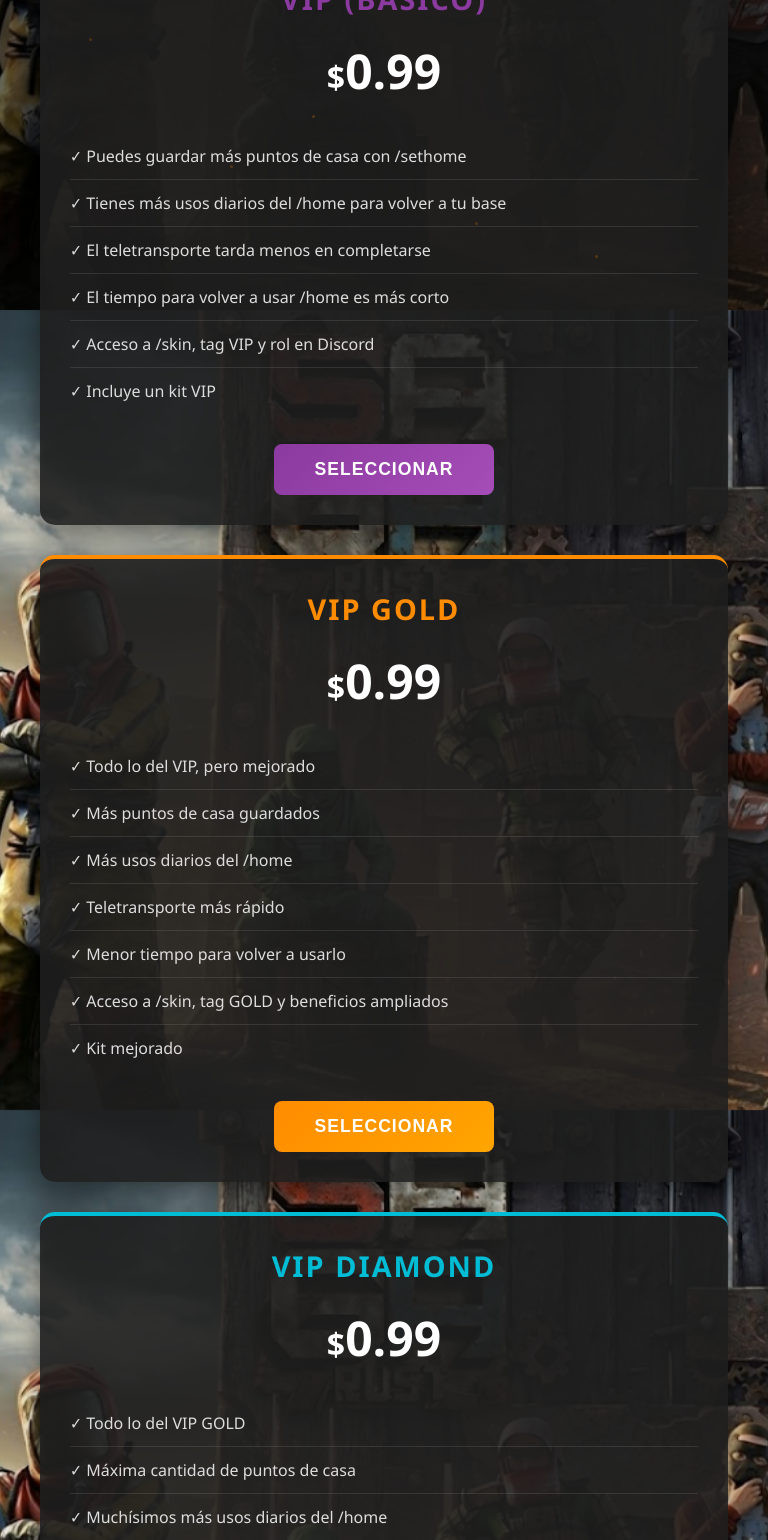
Repository: KeviNozh/Saga
Page: index.html
The author's editor kept a copy of each file at every save. The page is drawn from the files as they stood at one save, then again after a run of saves.
The browser window is 768 px wide. The pictures show the part of the page from y = 490 to 2030 px (the page is 2674 px tall before and 2369 px after).
Pictures or frames that could not be fetched are drawn as grey boxes. A picture or video elsewhere on the page could not be fetched, so the positions and the page height are approximate. Backgrounds fixed to the window are drawn as part of the page.

Above is the page before, as saved 2025-11-23 02:47:25.

After the next 2 saves:
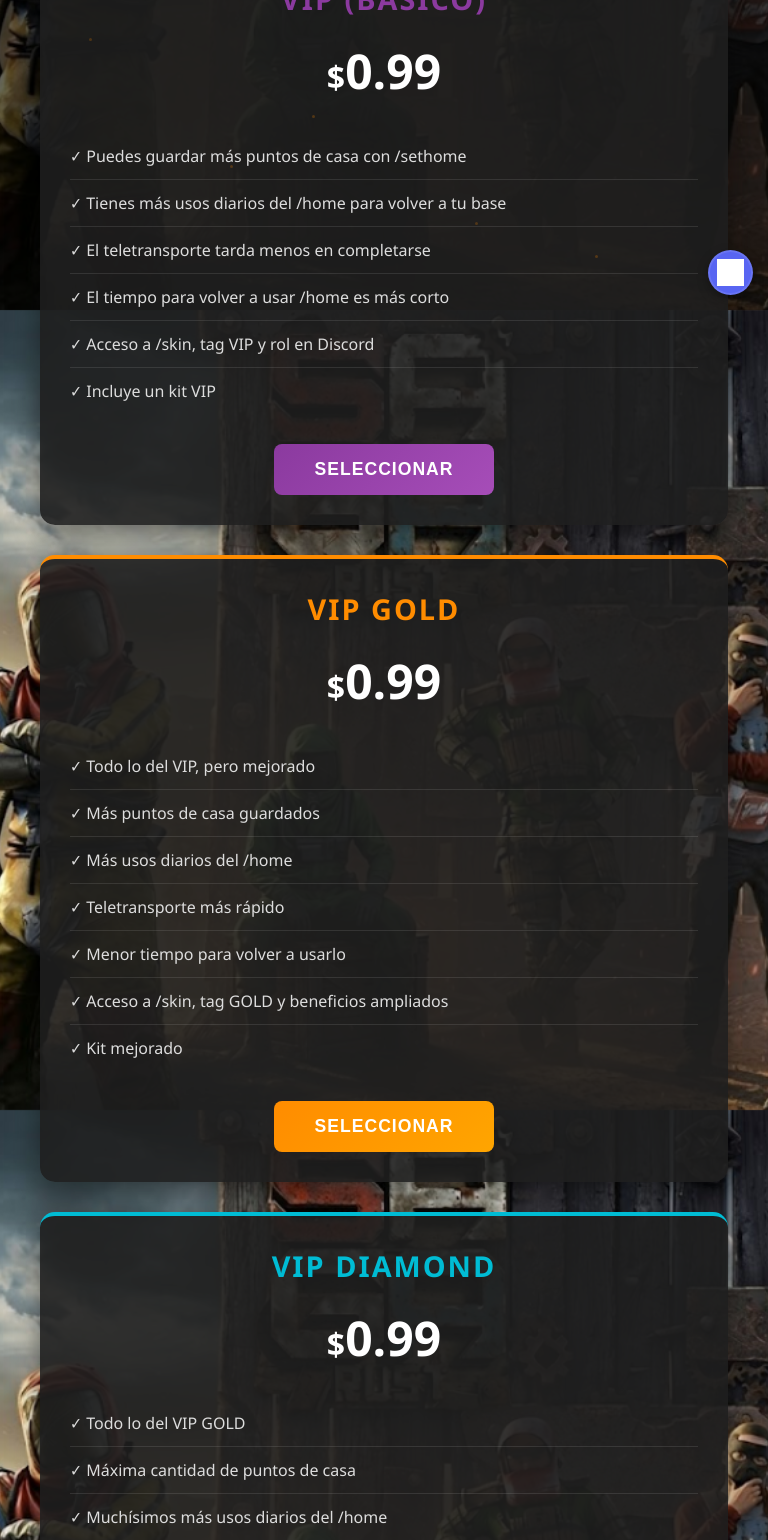
The 2 saves are shown as one change because they came seconds apart.
The last was saved 43 s later.
--- a/css/styles.css
+++ b/css/styles.css
@@ -597,56 +597,101 @@
         margin: 15px 0;
     }
 
-        /* Discord Section Styles */
+    /* Discord Section Styles */
+.discord-section {
+    text-align: center;
+    margin-top: 40px;
+    padding: 20px;
+}
+
+.discord-link {
+    display: inline-flex;
+    align-items: center;
+    background-color: #5865F2; /* Color oficial de Discord */
+    color: white;
+    text-decoration: none;
+    padding: 15px 30px;
+    border-radius: 10px;
+    font-weight: bold;
+    transition: all 0.3s ease;
+    box-shadow: 0 5px 15px rgba(88, 101, 242, 0.3);
+    font-size: 1.1rem;
+}
+
+.discord-link:hover {
+    background-color: #4752C4; /* Color más oscuro al hacer hover */
+    transform: translateY(-3px);
+    box-shadow: 0 8px 20px rgba(88, 101, 242, 0.4);
+}
+
+.discord-logo {
+    width: 28px;
+    height: 28px;
+    margin-right: 12px;
+    filter: brightness(0) invert(1); /* Hace el logo blanco */
+}
+
+/* Responsive para Discord Section */
+@media (max-width: 768px) {
     .discord-section {
-        text-align: center;
-        margin-top: 40px;
-        padding: 20px;
+        margin-top: 30px;
+        padding: 15px;
     }
 
     .discord-link {
-        display: inline-flex;
-        align-items: center;
-        background-color: #5865F2; /* Color oficial de Discord */
-        color: white;
-        text-decoration: none;
-        padding: 15px 30px;
-        border-radius: 10px;
-        font-weight: bold;
-        transition: all 0.3s ease;
-        box-shadow: 0 5px 15px rgba(88, 101, 242, 0.3);
-        font-size: 1.1rem;
-    }
-
-    .discord-link:hover {
-        background-color: #4752C4; /* Color más oscuro al hacer hover */
-        transform: translateY(-3px);
-        box-shadow: 0 8px 20px rgba(88, 101, 242, 0.4);
+        padding: 12px 20px;
+        font-size: 1rem;
     }
 
     .discord-logo {
-        width: 28px;
-        height: 28px;
-        margin-right: 12px;
-        filter: brightness(0) invert(1); /* Hace el logo blanco */
-    }
-
-    /* Responsive para Discord Section */
-    @media (max-width: 768px) {
-        .discord-section {
-            margin-top: 30px;
-            padding: 15px;
-        }
-
-        .discord-link {
-            padding: 12px 20px;
-            font-size: 1rem;
-        }
-
-        .discord-logo {
-            width: 24px;
-            height: 24px;
-            margin-right: 10px;
-        }
-    }
-}
+        width: 24px;
+        height: 24px;
+        margin-right: 10px;
+    }
+}
+/* Discord Icon pequeño */
+.discord-small {
+    position: fixed;
+    bottom: 20px;
+    right: 20px;
+    z-index: 1000;
+}
+
+.discord-icon {
+    display: block;
+    width: 50px;
+    height: 50px;
+    background: #5865F2;
+    border-radius: 50%;
+    padding: 8px;
+    box-shadow: 0 4px 12px rgba(0, 0, 0, 0.3);
+    transition: all 0.3s ease;
+    border: 2px solid rgba(255, 255, 255, 0.1);
+}
+
+.discord-icon:hover {
+    transform: scale(1.1);
+    box-shadow: 0 6px 20px rgba(88, 101, 242, 0.5);
+    background: #4752C4;
+}
+
+.discord-icon img {
+    width: 100%;
+    height: 100%;
+    filter: brightness(0) invert(1); /* Hace el logo blanco */
+}
+
+/* Responsive para Discord icon */
+@media (max-width: 768px) {
+    .discord-small {
+        bottom: 15px;
+        right: 15px;
+    }
+
+    .discord-icon {
+        width: 45px;
+        height: 45px;
+        padding: 7px;
+    }
+}
+}
